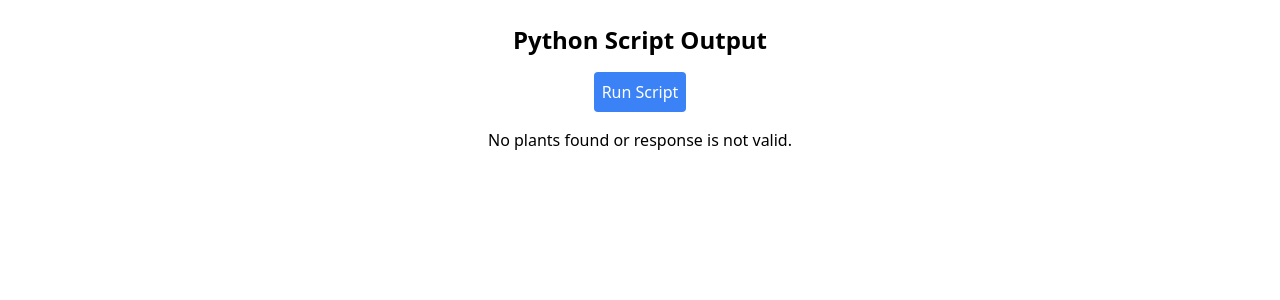
Repository: kayacancode/tolgrainger
Page: /result
These files come from the project's save history. The page is drawn as it stood at one moment and after the next save; the edit follows.
The browser window is 1280 px wide. The pictures show the whole page.
The project was rebuilt for these pictures with package versions that can differ from the ones it lists, and the page was loaded fresh each time. The framework's server and built-in components were replaced by stand-ins that run in the browser. Also part of the build but not shown: next.config.mjs.

Above is the page before, as saved 2024-10-23 23:40:55.

After the next save:
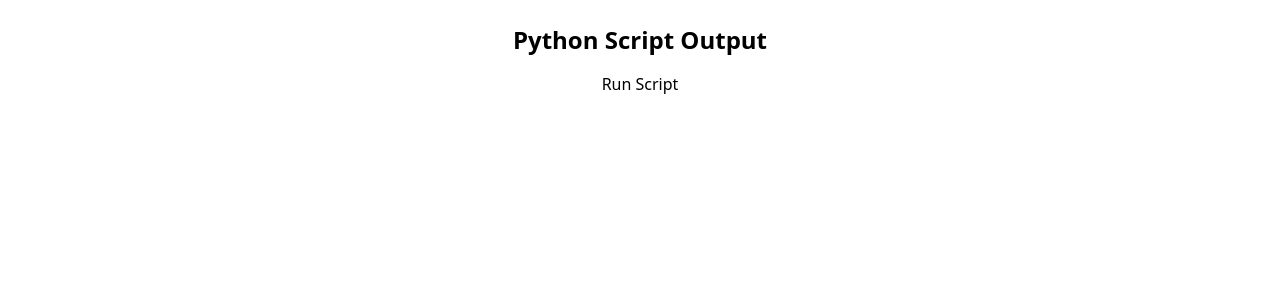
Saved 113 s later.
--- a/src/app/result/page.tsx
+++ b/src/app/result/page.tsx
@@ -1,3 +1,4 @@
+// Results.tsx
 "use client"
 import React, { useState } from 'react';
 import axios from 'axios';
@@ -8,48 +9,22 @@ const Results = () => {
 
   const handleRunScript = async () => {
     try {
-      const res = await axios.post('http://127.0.0.1:5000/run-script');
-      setResponse(res.data);  // Set the response from Flask
+        const res = await axios.post('http://127.0.0.1:5000/run-script');
+        setResponse(res.data);  // Set the response from Flask
     } catch (err) {
-      setError(err.message);  // Handle errors
-      console.error("Error running script:", err);
+        setError(err.message);  // Handle errors
+        console.error("Error running script:", err);
     }
-  };
-
+};
   return (
     <div className="text-center p-6">
       <h1 className="text-2xl font-bold mb-4">Python Script Output</h1>
       <div>
-        <button onClick={handleRunScript} className="mb-4 bg-blue-500 text-white p-2 rounded">
-          Run Script
-        </button>
-
-        {error && <div className="text-red-500 mb-4">Error: {error}</div>}
-
-        {response && response.plants && response.plants.length > 0 ? (
-  <table className="min-w-full border border-gray-300">
-    <thead>
-      <tr className="bg-gray-200">
-        <th className="border px-4 py-2">Plant</th>
-        <th className="border px-4 py-2">Quantity</th>
-        <th className="border px-4 py-2">Maturity</th>
-      </tr>
-    </thead>
-    <tbody>
-      {response.plants.map((plant, index) => (
-        <tr key={index}>
-          <td className="border px-4 py-2">{plant.name}</td>
-          <td className="border px-4 py-2">{plant.quantity}</td>
-          <td className="border px-4 py-2">{plant.maturity}</td>
-        </tr>
-      ))}
-    </tbody>
-  </table>
-) : (
-  <p>No plants found or response is not valid.</p>
-)}
-
-      </div>
+            <button onClick={handleRunScript}>Run Script</button>
+            {response && <div>Response: {JSON.stringify(response)}</div>}
+            {error && <div>Error: {error}</div>}
+            <h1>{response}</h1>
+        </div>
     </div>
   );
 };
